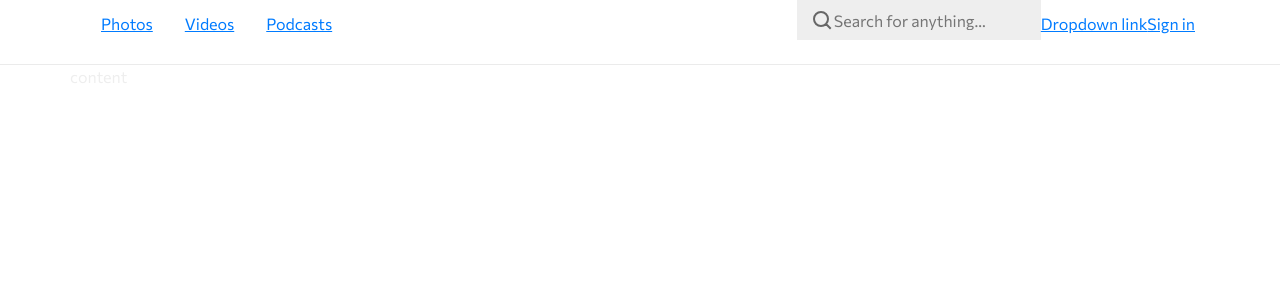
Repository: densavi/djinni
Page: index.html
An editor plug-in stored every save of this project. The page is shown before and after the next save, followed by the edit.
The browser window is 1280 px wide. The pictures show the whole page.
The style sheet was rebuilt from its Sass, Less or Tailwind sources for each picture, by a compiler version that may differ from the author's.

Above is the page before, as saved 2023-04-10 21:41:22.

### index.html
<!DOCTYPE html>
<html lang="en">
<head>
  <meta charset="UTF-8">
  <meta http-equiv="X-UA-Compatible" content="IE=edge">
  <meta name="viewport" content="width=device-width, initial-scale=1.0">
  <title>Photos</title>
  <link rel="stylesheet" href="https://cdn.jsdelivr.net/npm/bootstrap@4.6.2/dist/css/bootstrap.min.css" integrity="sha384-xOolHFLEh07PJGoPkLv1IbcEPTNtaed2xpHsD9ESMhqIYd0nLMwNLD69Npy4HI+N" crossorigin="anonymous">
  <link rel="stylesheet" href="css/style.css">
</head>
<body>

  <header class="header">
    <div class="container">
      <div class="row d-flex justify-content-between align-items-center">
        <div class="col">
          <nav class="header__nav">
            <ul class="nav">
              <li class="nav-item">
                <a class="nav-link active" aria-current="page" href="#">Photos</a>
              </li>
              <li class="nav-item">
                <a class="nav-link" href="#">Videos</a>
              </li>
              <li class="nav-item">
                <a class="nav-link" href="#">Podcasts</a>
              </li>
            </ul>
          </nav>
        </div>
        <div class="col d-flex align-items-center justify-content-end">
          <label for="search" class="header__search">
            <img src="img/search.svg" alt="Search">
            <input type="search" placeholder="Search for anything...">
          </label>
          <div class="dropdown show">
            <a class="header__lang-link" href="#" role="button" id="dropdownMenuLink" data-toggle="dropdown" aria-haspopup="true" aria-expanded="false">
              Dropdown link
            </a>

            <div class="dropdown-menu" aria-labelledby="dropdownMenuLink">
              <a class="dropdown-item" href="#">Action</a>
              <a class="dropdown-item" href="#">Another action</a>
              <a class="dropdown-item" href="#">Something else here</a>
            </div>
          </div>
          <a href="#" class="header__sign-in">Sign in</a>
        </div>
      </div>
    </div>
  </header>


  <div class="wrapper">
    <div class="container">
      <div class="row">
        content
    </div>
  </div>

  <!-- <script src="https://cdn.jsdelivr.net/npm/bootstrap@4.6.2/dist/js/bootstrap.min.js" integrity="sha384-+sLIOodYLS7CIrQpBjl+C7nPvqq+FbNUBDunl/OZv93DB7Ln/533i8e/mZXLi/P+" crossorigin="anonymous"></script> -->
  <script src="https://code.jquery.com/jquery-3.6.4.min.js" integrity="sha256-oP6HI9z1XaZNBrJURtCoUT5SUnxFr8s3BzRl+cbzUq8=" crossorigin="anonymous"></script>
  <script src="https://cdn.jsdelivr.net/npm/bootstrap@4.6.2/dist/js/bootstrap.bundle.min.js" integrity="sha384-Fy6S3B9q64WdZWQUiU+q4/2Lc9npb8tCaSX9FK7E8HnRr0Jz8D6OP9dO5Vg3Q9ct" crossorigin="anonymous"></script>
  <script src="js/main.js"></script>
</body>
</html>

### css/style.scss
@import url('https://fonts.googleapis.com/css2?family=Commissioner:wght@400;700&display=swap');

@import 'vars';
@import 'typo';

@import 'components/header';

### css/_vars.scss
$darkBlack: #292929;
$grey: #666666;
$lightGrey: #EEEEEE;

$orange: #ED7135;

$mainFont: 'Commissioner', sans-serif;

### css/_typo.scss
body {
  font: 16px/24px $mainFont;
  color: $lightGrey;
}

a {
  color: $mainFont;
  text-decoration: underline;
  &:hover {
    text-decoration: none;
  }
}

### css/components/_header.scss
.header {
  border-bottom: 1px solid #EBEBEB;
  padding-bottom: 16px;
  &__search {
    background: $lightGrey;
    padding: 0 16px;
    display: flex;
    align-items: center;
    img {
      display: flex;
    }
    input[type="search"] {
      height: 40px;
      border: 0;
      background: transparent;
      outline: none;
      width: 100%;
    }
  }
}

Loaded but not shown: js/main.js (no stored copy; drawn as an empty file)

After the next save:
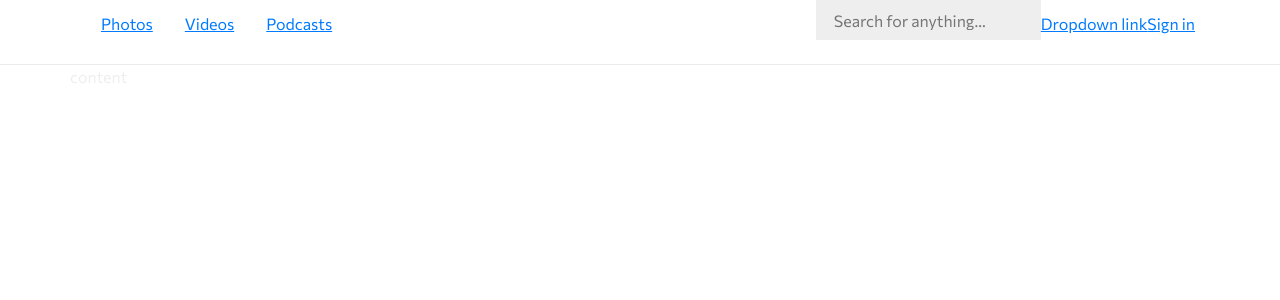
Saved 44 s later.
--- a/index.html
+++ b/index.html
@@ -30,7 +30,7 @@
         </div>
         <div class="col d-flex align-items-center justify-content-end">
           <label for="search" class="header__search">
-            <img src="img/search.svg" alt="Search">
+            <i class="bi bi-search"></i>
             <input type="search" placeholder="Search for anything...">
           </label>
           <div class="dropdown show">

After the save that followed:
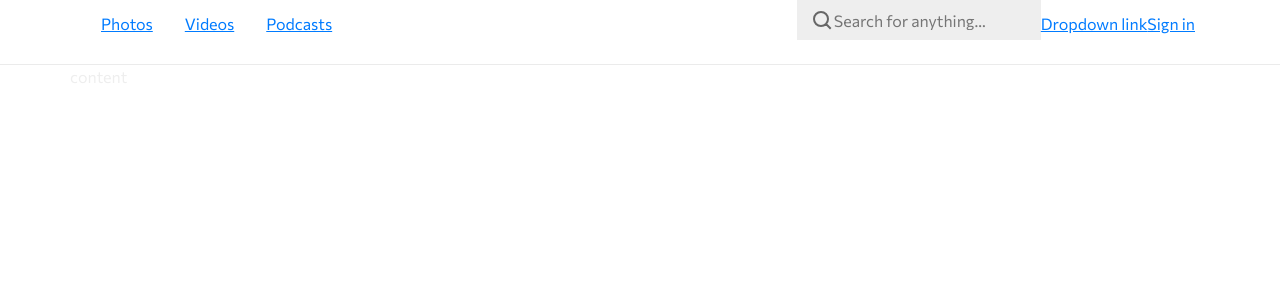
Saved 5 s later.
--- a/index.html
+++ b/index.html
@@ -30,7 +30,7 @@
         </div>
         <div class="col d-flex align-items-center justify-content-end">
           <label for="search" class="header__search">
-            <i class="bi bi-search"></i>
+            <img src="img/search.svg" alt="Search">
             <input type="search" placeholder="Search for anything...">
           </label>
           <div class="dropdown show">
